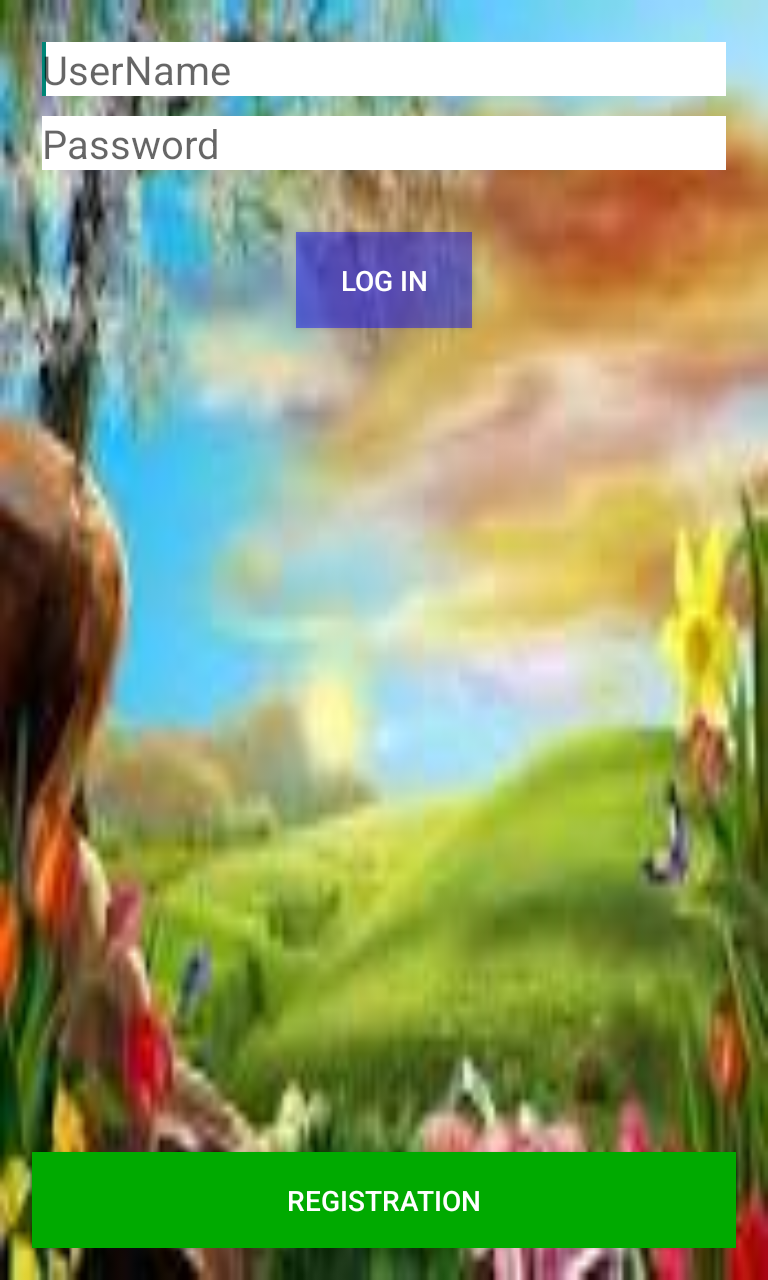
Repository: HarithaAmmuHari/Database
Layout: Database/res/layout/activity_login.xml
The author's editor kept a copy of each file at every save. The layout is drawn from the files as they stood at one save, then again after the next save.
It is drawn on a 768 x 1280 px phone screen (xhdpi) without system bars, with theme AppTheme; the app's code is not run.

Above is the layout before, as saved 2015-05-12 05:51:08.

After the next save:
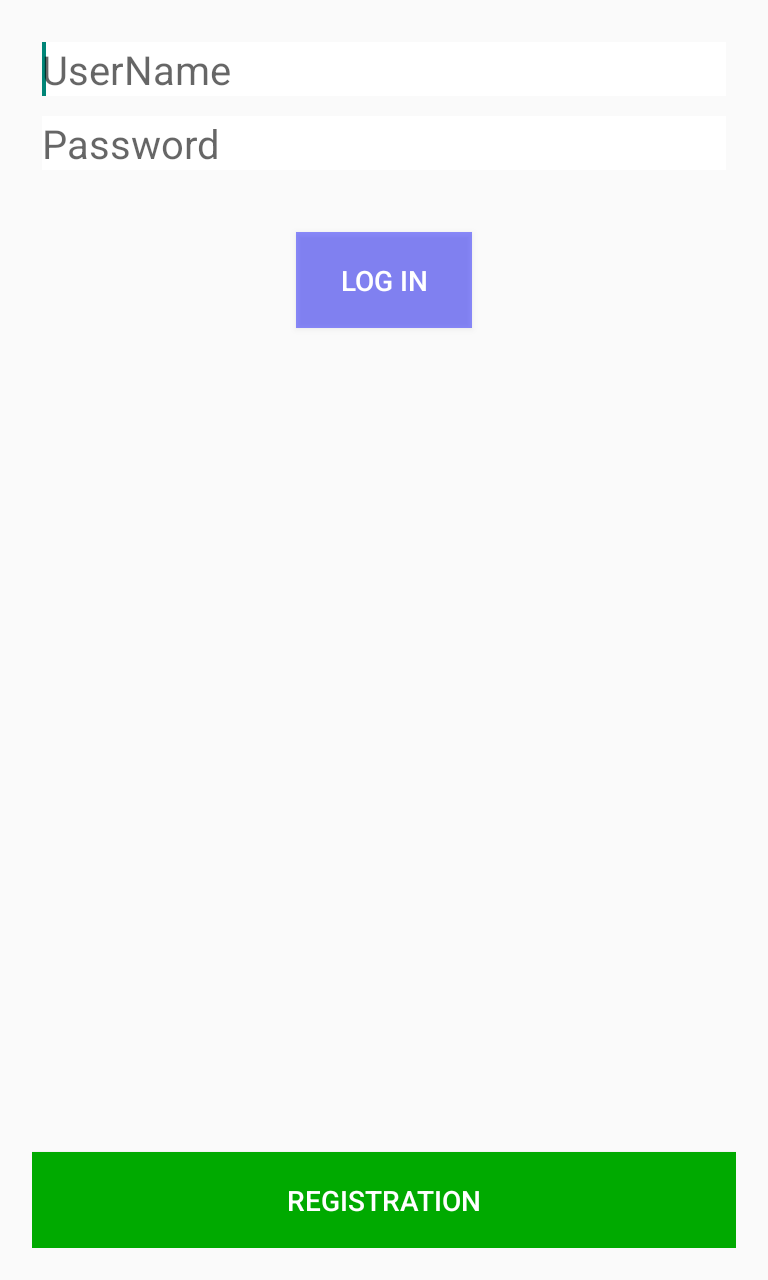
Saved 46 s later.
--- a/Database/res/layout/activity_login.xml
+++ b/Database/res/layout/activity_login.xml
@@ -7,7 +7,7 @@
     android:paddingRight="@dimen/activity_horizontal_margin"
     android:paddingTop="@dimen/activity_vertical_margin"
     tools:context="com.example.database.LoginActivity"
-    android:background="@drawable/download">
+    android:background="@drawable/seashell ">
 
     <EditText
         android:id="@+id/editUser"

After the save that followed:
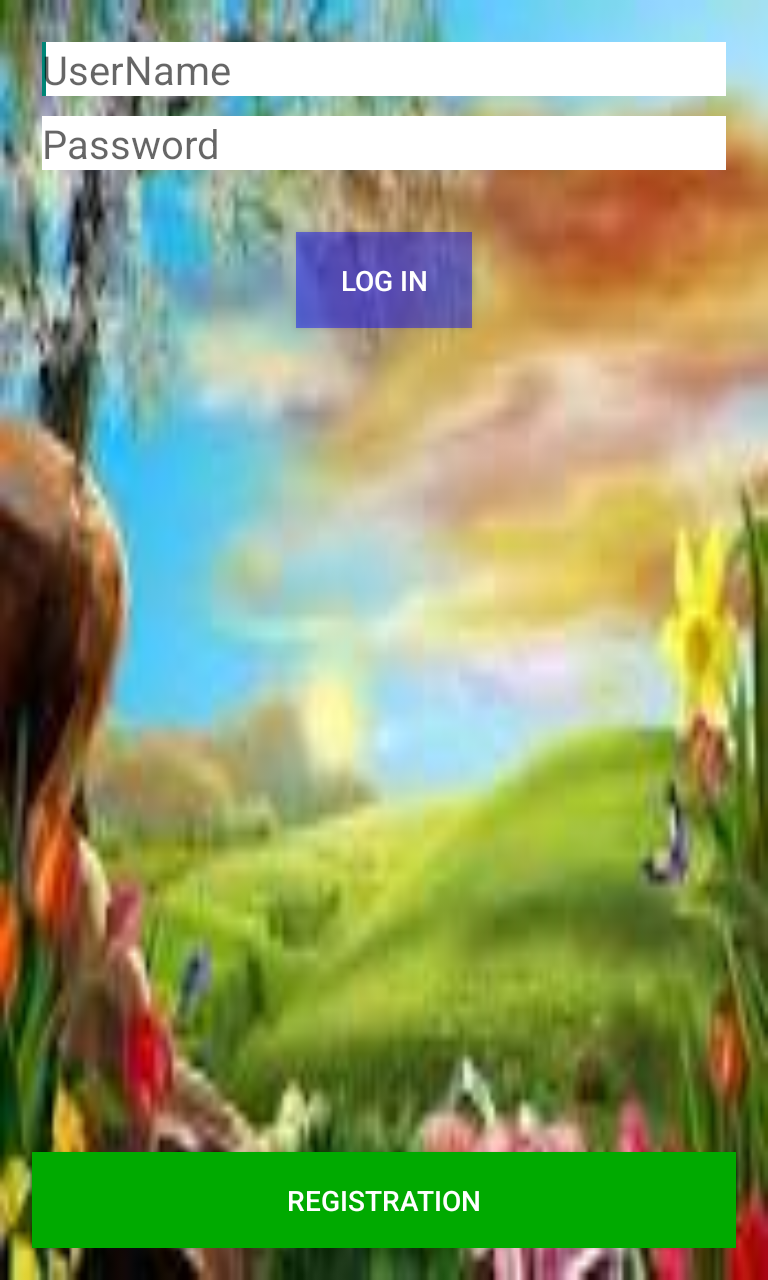
Saved 11 s later.
--- a/Database/res/layout/activity_login.xml
+++ b/Database/res/layout/activity_login.xml
@@ -7,7 +7,7 @@
     android:paddingRight="@dimen/activity_horizontal_margin"
     android:paddingTop="@dimen/activity_vertical_margin"
     tools:context="com.example.database.LoginActivity"
-    android:background="@drawable/seashell ">
+    android:background="@drawable/download">
 
     <EditText
         android:id="@+id/editUser"
